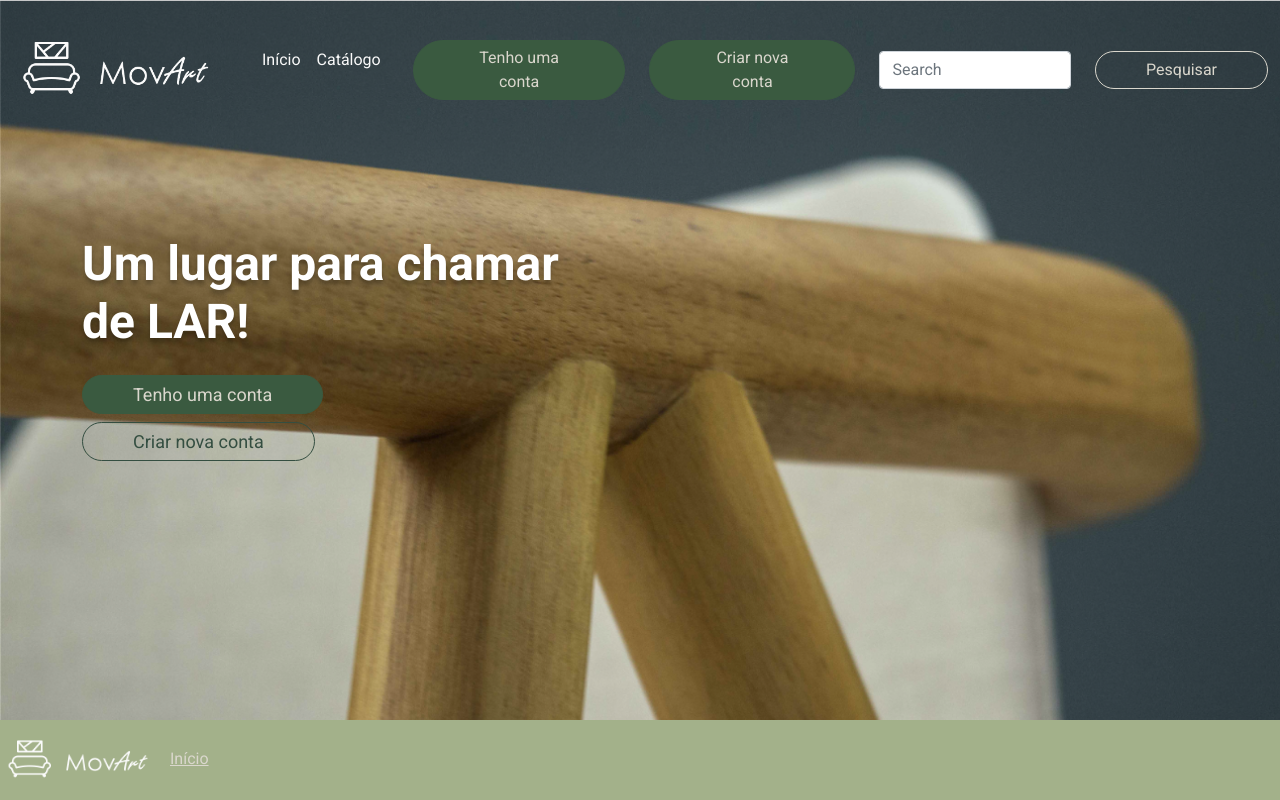
Repository: telesbp/Projeto-4-e-Projeto-5
Page: / (app in front-end/)
The author's editor kept a copy of each file at every save. The page is drawn from the files as they stood at one save, then again after the next save.
The browser window is 1280 px wide. The pictures show the whole page.
The project was rebuilt for these pictures with package versions that can differ from the ones it lists, and the page was loaded fresh each time.

Above is the page before, as saved 2022-07-17 20:35:02.

After the next save:
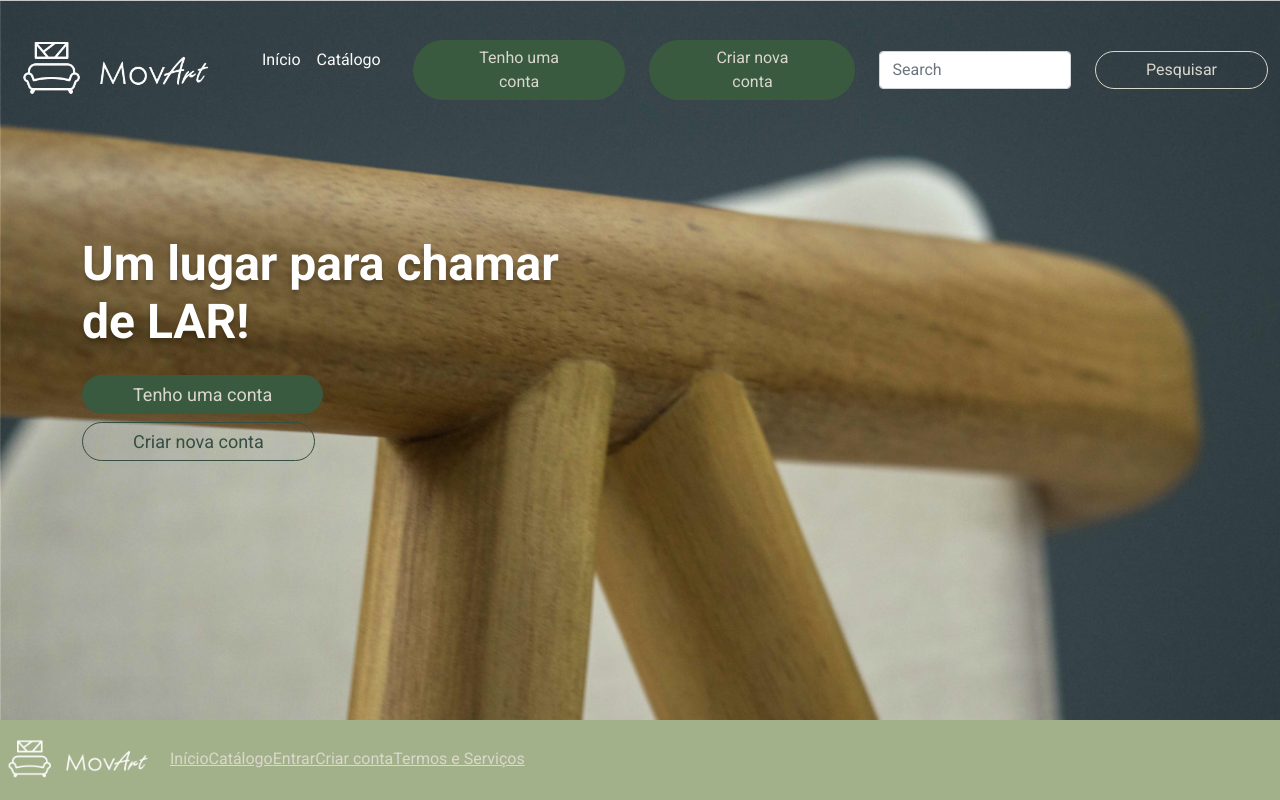
Saved 77 s later.
--- a/front-end/src/components/Layout/Footer.tsx
+++ b/front-end/src/components/Layout/Footer.tsx
@@ -9,6 +9,10 @@ export function Footer () {
             <ContainerStyle>
                 <img src={LogoBrand} alt="MovArt" width={170} height={80}/>
                 <NavLinkTitleStyled  as={Link} to="/">Início</NavLinkTitleStyled >
+                <NavLinkTitleStyled  as={Link} to="/">Catálogo</NavLinkTitleStyled >
+                <NavLinkTitleStyled  as={Link} to="/">Entrar</NavLinkTitleStyled >
+                <NavLinkTitleStyled  as={Link} to="/">Criar conta</NavLinkTitleStyled >
+                <NavLinkTitleStyled  as={Link} to="/">Termos e Serviços</NavLinkTitleStyled >
             </ContainerStyle>
         </footer>
     )
